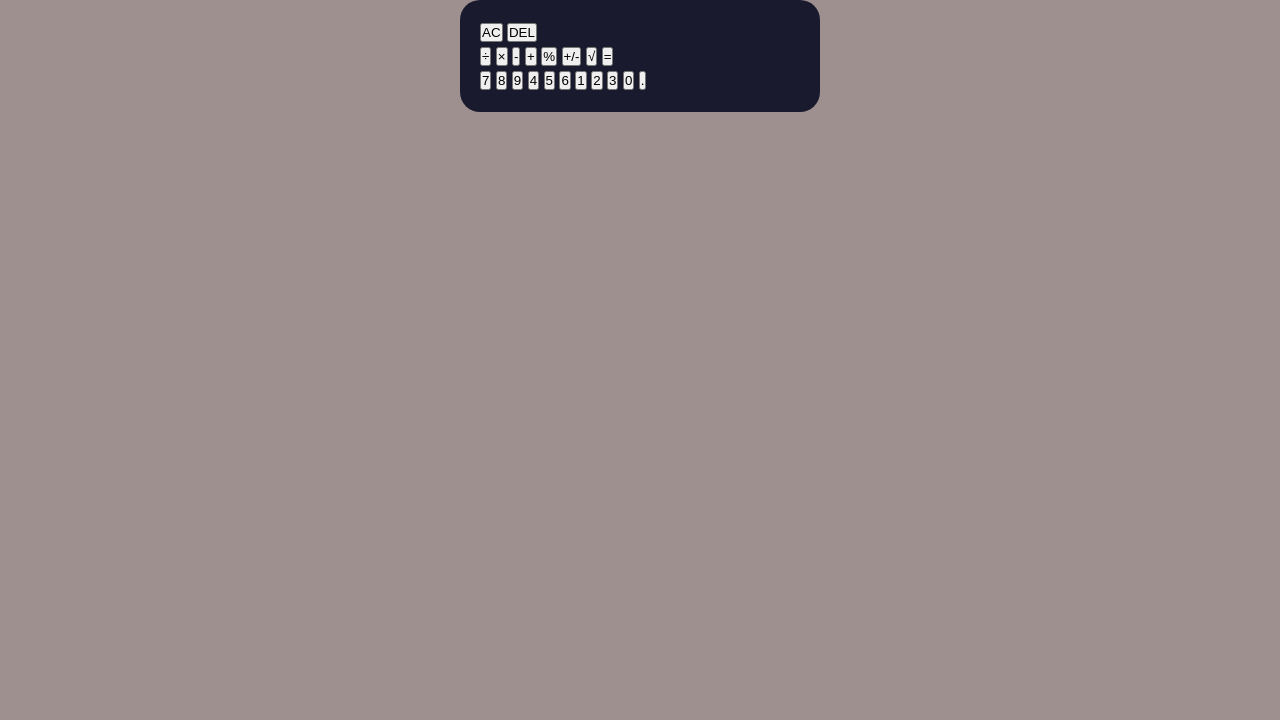
Repository: MikkyPrestige/js-calculator
Page: index.html
The author's editor kept a copy of each file at every save. The page is drawn from the files as they stood at one save, then again after the next save.
The browser window is 1280 px wide. The pictures show the whole page.

Above is the page before, as saved 2023-05-08 00:55:45.

After the next save:
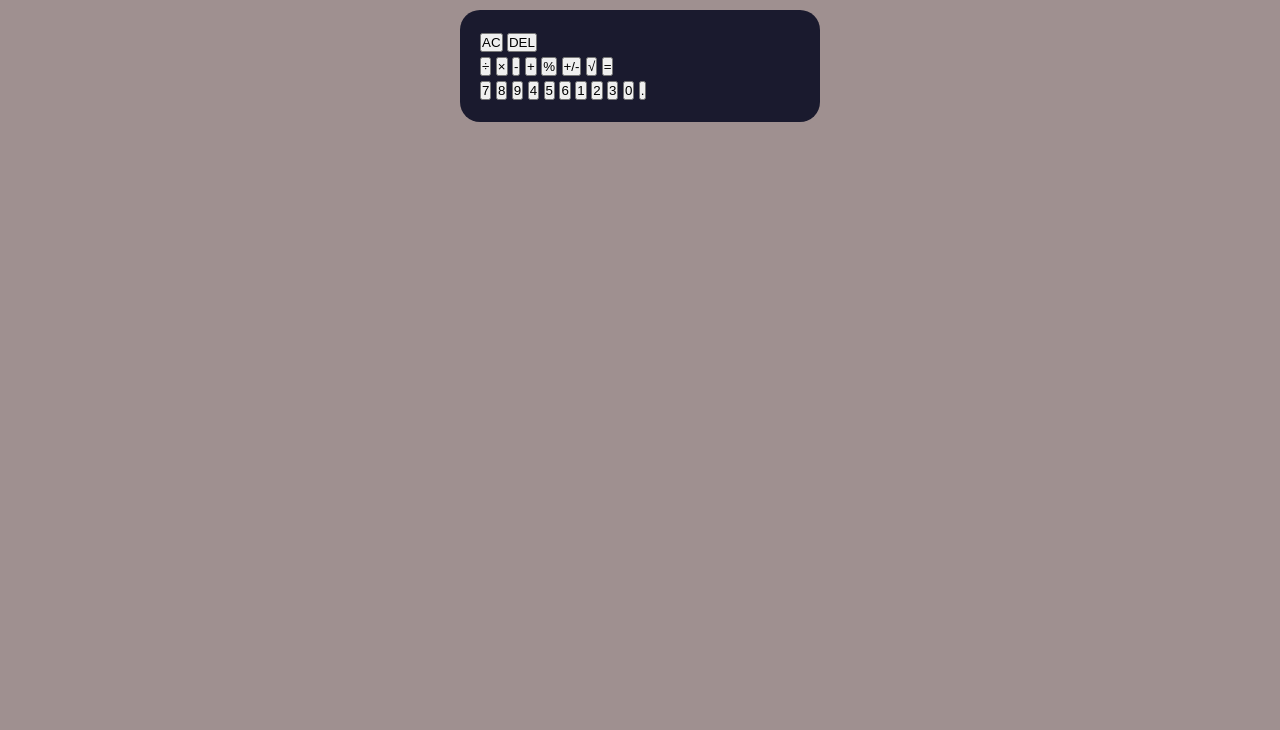
Saved 12 s later.
--- a/index.css
+++ b/index.css
@@ -21,7 +21,7 @@
   width: 100%;
   max-width: 360px;
   height: 100%;
-  margin:  auto;
+  margin: 10px auto;
   padding: 20px;
   border-radius: 20px;
   -webkit-border-radius: 20px;

After the save that followed:
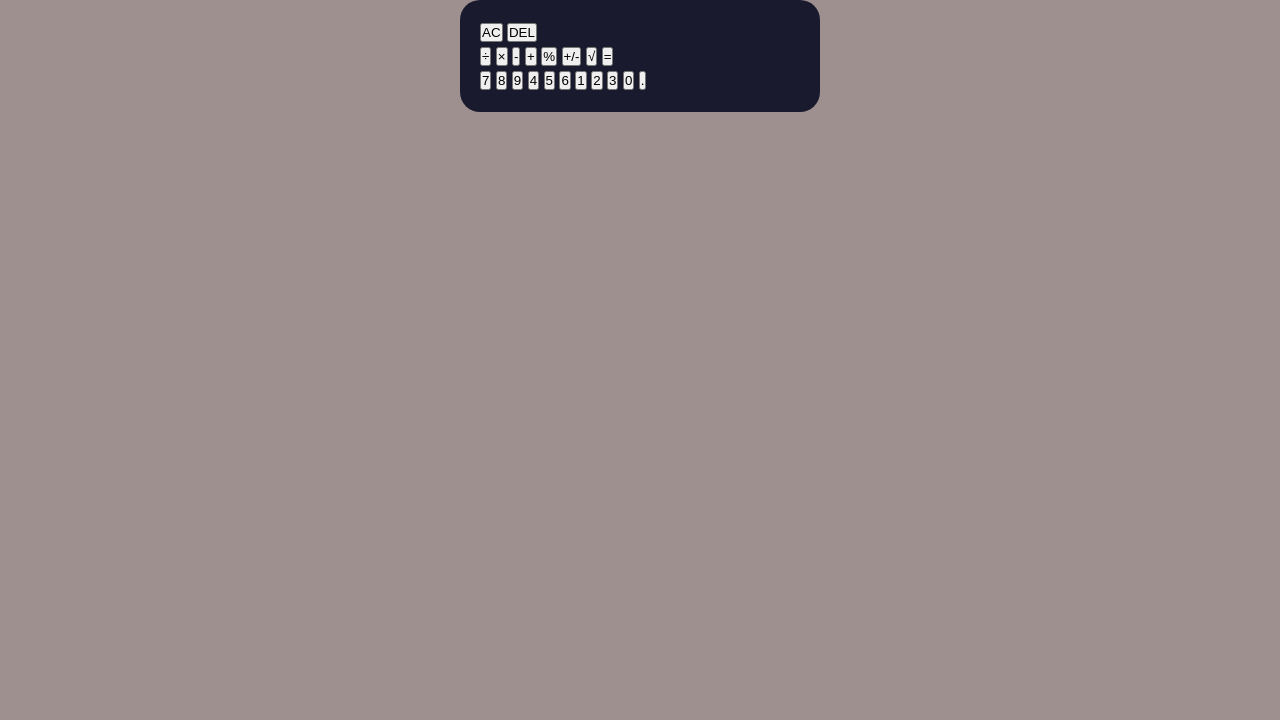
Saved 8 s later.
--- a/index.css
+++ b/index.css
@@ -21,7 +21,7 @@
   width: 100%;
   max-width: 360px;
   height: 100%;
-  margin: 10px auto;
+  margin: auto auto;
   padding: 20px;
   border-radius: 20px;
   -webkit-border-radius: 20px;
